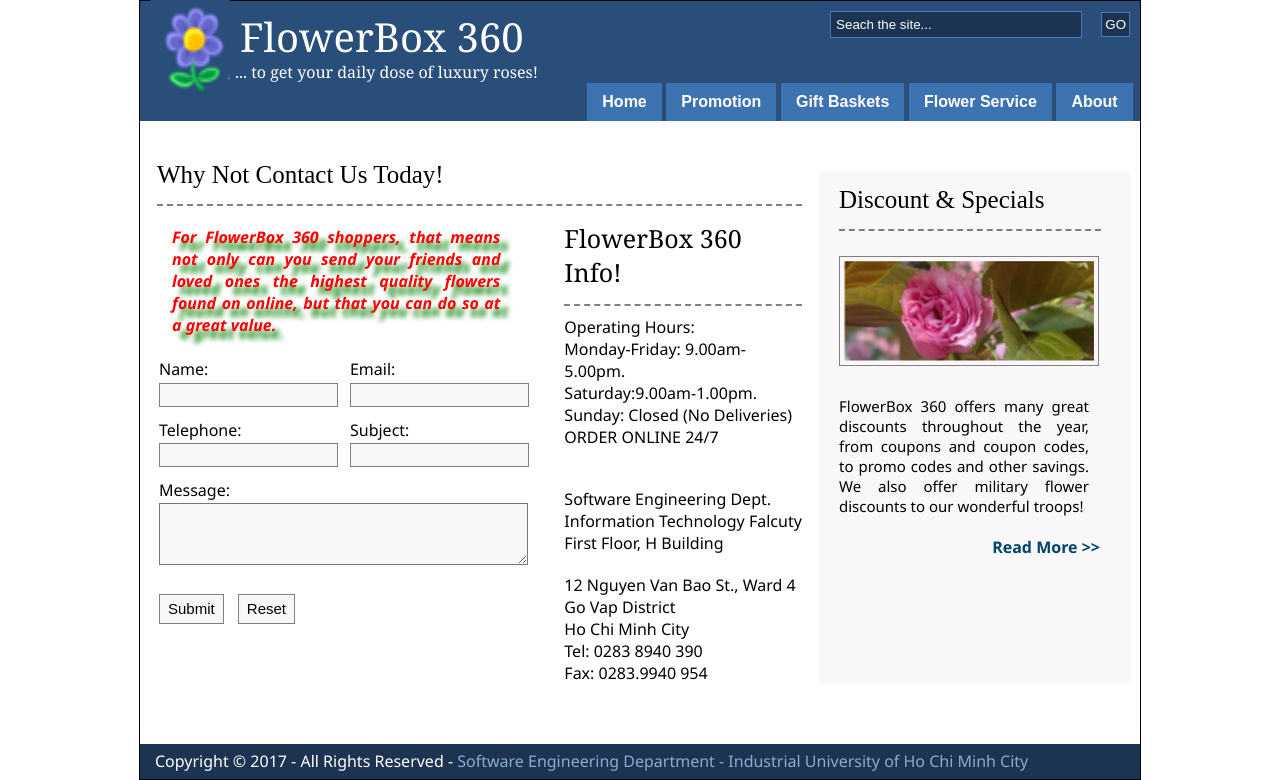
Repository: thu1365/BTKT_WEB
Page: HTML/btkt.html
An editor plug-in stored every save of this project. The page is shown before and after the next save, followed by the edit.
The browser window is 1280 px wide. The pictures show the whole page.

Above is the page before, as saved 2023-03-11 21:48:17.

### HTML/btkt.html
<!DOCTYPE html>
<html lang="en">

<head>
    <meta charset="UTF-8">
    <meta http-equiv="X-UA-Compatible" content="IE=edge">
    <meta name="viewport" content="width=device-width, initial-scale=1.0">
    <title>21025781-Lê Minh Thư</title>
    <style>
        * {
            padding: 0;
            margin: 0 auto;
        }

        .wrapper {
            width: 1000px;
            background-color: #fff;
            border: 1px solid black;
        }

        header {
            position: relative;
            width: 1000px;
            height: 120px;
            background-color: #294e79;
            font-family: Georgia, 'Times New Roman', Times, serif;
        }

        .logo {
            position: relative;
            left: 10px;
            bottom: 15px;
            width: 80px;
            height: 130px;
        }

        .name1 {
            font-size: 40px;
            color: #fff;
            position: absolute;
            left: 100px;
            top: 8px;
        }

        .name2 {
            color: #fff;
            position: absolute;
            left: 95px;
            top: 60px;
        }

        #search1 {
            background-color: #1c3451;
            border: 1px solid #4579b7;
            color: #fff;
            margin-right: 15px;
            width: 250px;
            height: 25px;
        }

        #search1::placeholder {
            padding-left: 5px;
            color: #fff;
        }

        #search2 {
            background-color: #1c3451;
            border: 1px solid #4579b7;
            color: #fff;
            height: 25px;
            padding: 0 3px;
        }

        .search_form {
            position: absolute;
            top: 10px;
            right: 10px;
        }

        .nav {
            display: flex;
            width: 550px;
            position: absolute;
            bottom: 0px;
            right: 5px;
            font-family: Arial, Helvetica, sans-serif;
        }

        .nav_item {
            position: relative;
            padding: 10px 15px;
            background-color: #3d73b1;
        }

        .nav_item:hover {
            background-color: #8babd0;
        }

        .nav_item a {
            color: white;
            font-weight: bold;
            text-decoration: none;
        }

        .nav1 {
            display: none;
            position: absolute;
            top: 39px;
            left: 0px;
            width: 180px;
            height: 60px;
            background-color: #8babd0;
        }

        .nav2 {
            box-sizing: border-box;
            padding-left: 15px;
            line-height: 30px;
            height: 50%;
            border: 1px solid rgb(158, 196, 240);
            color: white;
        }

        .nav_item:hover .nav1 {
            display: block;
            background-color: #9bbbe0;
        }

        .nav2:hover {
            background-color: #edf6ff;
            cursor: pointer;
        }

        .container {
            font-family: 'Segoe UI', Tahoma, Geneva, Verdana, sans-serif;
            padding-bottom: 60px;
            width: 100%;
            display: flex;
        }

        .Left {
            display: flex;
            width: 70%;
            justify-content: space-between;
            flex-wrap: wrap;
        }

        .p1 {
            width: 55%;
        }

        .p2 {
            width: 35%;
        }

        .p3 {
            background-color: #f9f7f7;
            width: 30%;
            padding-left: 20px;
            margin-top: 50px;
            margin-right: 10px;
        }

        .Left1 {
            font-family: 'Times New Roman', Times, serif;
            width: 95%;
            padding: 40px 0px 15px 0px;
            font-size: 25px;
            border-bottom: 2px dashed gray;
        }

        .p1_1 {
            padding: 20px 30px 20px 15px;
            text-align: justify;
            color: red;
            font-style: italic;
            font-family: 'Segoe UI', Tahoma, Geneva, Verdana, sans-serif;
            text-shadow: 8px 8px 5px green;
        }

        table input {
            height: 22px;
            margin-right: 10px;
            margin-bottom: 10px;
            background-color: #f7f7f7;
            border: 1px solid gray;
        }

        table textarea {
            background-color: #f7f7f7;
        }

        .p1_sub {
            box-sizing: border-box;
            margin-top: 20px;
            height: 30px;
            font-size: 15px;
            padding: 0 8px;
            line-height: 28px;
            border: 1px solid gray;
        }

        .p2_1 {
            font-family: Georgia, 'Times New Roman', Times, serif;
            padding: 15px 0px 15px;
            width: 100%;
            font-size: 25px;
            border-bottom: 2px dashed gray;
        }

        .p2_2 {
            font-family: 'Segoe UI', Tahoma, Geneva, Verdana, sans-serif;
            padding: 10px 0 40px 0;
        }

        .p2_3 {
            font-family: 'Segoe UI', Tahoma, Geneva, Verdana, sans-serif;
        }

        .p2_4 {
            font-family: 'Segoe UI', Tahoma, Geneva, Verdana, sans-serif;
            padding-top: 20px;
        }

        .p3_1 {
            font-family: 'Times New Roman', Times, serif;
            padding: 15px 0px 15px;
            width: 90%;
            margin-right: 30px;
            font-size: 25px;
            border-bottom: 2px dashed rgb(128, 124, 124);
        }

        .p3_anh {
            width: 250px;
            height: 100px;
            padding: 4px;
            margin: 25px 0px;
            border: 1px solid gray;
        }

        .p3_2 {
            width: 250px;
            margin-right: 40px;
            float: left;
            text-align: justify;
            font-family: 'Segoe UI', Tahoma, Geneva, Verdana, sans-serif;
            font-size: 15px;
            display: block;
        }

        .p3_3 {
            color: #00436d;
            font-weight: bold;
            margin-right: 30px;
            float: right;
            padding-top: 20px;
            text-decoration: none;
        }

        footer {
            background-color: #1c3451;
            height: 35px;
        }

        .footer_1 {
            font-family: 'Segoe UI', Tahoma, Geneva, Verdana, sans-serif;
            padding-left: 15px;
            color: #8babd0;
            line-height: 35px;
        }

        .white {
            color: #fff;
        }
    </style>
</head>

<body>
    <div class="wrapper">
        <header>
            <img src="/IMAGE/AnhLogo.PNG" alt="" class="logo">
            <p class="name1">FlowerBox 360</p>
            <p class="name2">... to get your daily dose of luxury roses!</p>
            <form action="" class="search_form">
                <input type="text" name="" id="search1" placeholder="Seach the site...">
                <input id="search2" type="button" value="GO">
            </form>
            <div class="nav">
                <div class="nav_item"><a href="">Home</a></div>
                <div class="nav_item"><a href="">Promotion</a></div>
                <div class="nav_item"><a href="">Gift Baskets</a></div>
                <div class="nav_item"><a href="">Flower Service</a>
                    <div class="nav1">
                        <div class="nav2"><b>Flower for Wedding</b></div>
                        <div class="nav2"><b>Flower for Conference</b></div>

                    </div>
                </div>
                <div class="nav_item"><a href="">About</a></div>
            </div>
        </header>
        <div class="container">
            <div class="Left">
                <p class="Left1">Why Not Contact Us Today!</p>
                <div class="p1">
                    <p class="p1_1"><b>For FlowerBox 360 shoppers, that means not only can you send your friends and loved ones the highest quality flowers found on online, but that you can do so at a great value.</b></p>
                    <form action="" class="c1_form">
                        <table>
                            <tr>
                                <td><label for="name_ip">Name:</label></td>
                                <td><label for="mail_ip">Email:</label></td>
                            </tr>
                            <tr>
                                <td><input type="text" name="" id="name_ip"></td>
                                <td><input type="email" name="" id="mail_ip"></td>
                            </tr>
                            <tr>
                                <td><label for="tel_ip">Telephone:</label></td>
                                <td><label for="sub_ip">Subject:</label></td>
                            </tr>
                            <tr>
                                <td><input type="tel" name="" id="tel_ip"></td>
                                <td><input type="text" name="" id="sub_ip"></td>
                            </tr>
                            <tr>
                                <td colspan="2"><label for="mess_ip">Message:</label></td>
                            </tr>
                            <tr>
                                <td colspan="2"> <textarea name="" id="mess_ip" cols="44" rows="4"></textarea></td>
                            </tr>
                            <tr>
                                <tr>
                                    <td><input class="p1_sub" type="button" value="Submit"> <input class="p1_sub" type="button" value="Reset"></td>
                                </tr>
                            </tr>
                        </table>

                    </form>
                </div>
                <div class="p2">
                    <p class="p2_1">FlowerBox 360 Info!</p>
                    <p class="p2_2">Operating Hours: <br> Monday-Friday: 9.00am-5.00pm.<br> Saturday:9.00am-1.00pm.
                        <br> Sunday: Closed (No Deliveries)<br> ORDER ONLINE 24/7
                    </p>
                    <p class="p2_3">
                        Software Engineering Dept. <br> Information Technology Falcuty<br> First Floor, H Building
                    </p>
                    <p class="p2_4">
                        12 Nguyen Van Bao St., Ward 4<br> Go Vap District<br> Ho Chi Minh City<br> Tel: 0283 8940 390<br> Fax: 0283.9940 954
                    </p>


                </div>
            </div>
            <div class="p3">
                <p class="p3_1">Discount & Specials</p>
                <img src="/IMAGE/Hoa.jpg" alt="" class="p3_anh">
                <p class="p3_2">FlowerBox 360 offers many great discounts throughout the year, from coupons and coupon codes, to promo codes and other savings. We also offer military flower discounts to our wonderful troops!</p>
                <a class="p3_3" href="">Read More >></a>
            </div>
        </div>
        <footer>
            <p class="footer_1"><span class="white">Copyright © 2017 - All Rights Reserved -</span> Software Engineering Department - Industrial University of Ho Chi Minh City</p>
        </footer>
    </div>
</body>

</html>

After the next save:
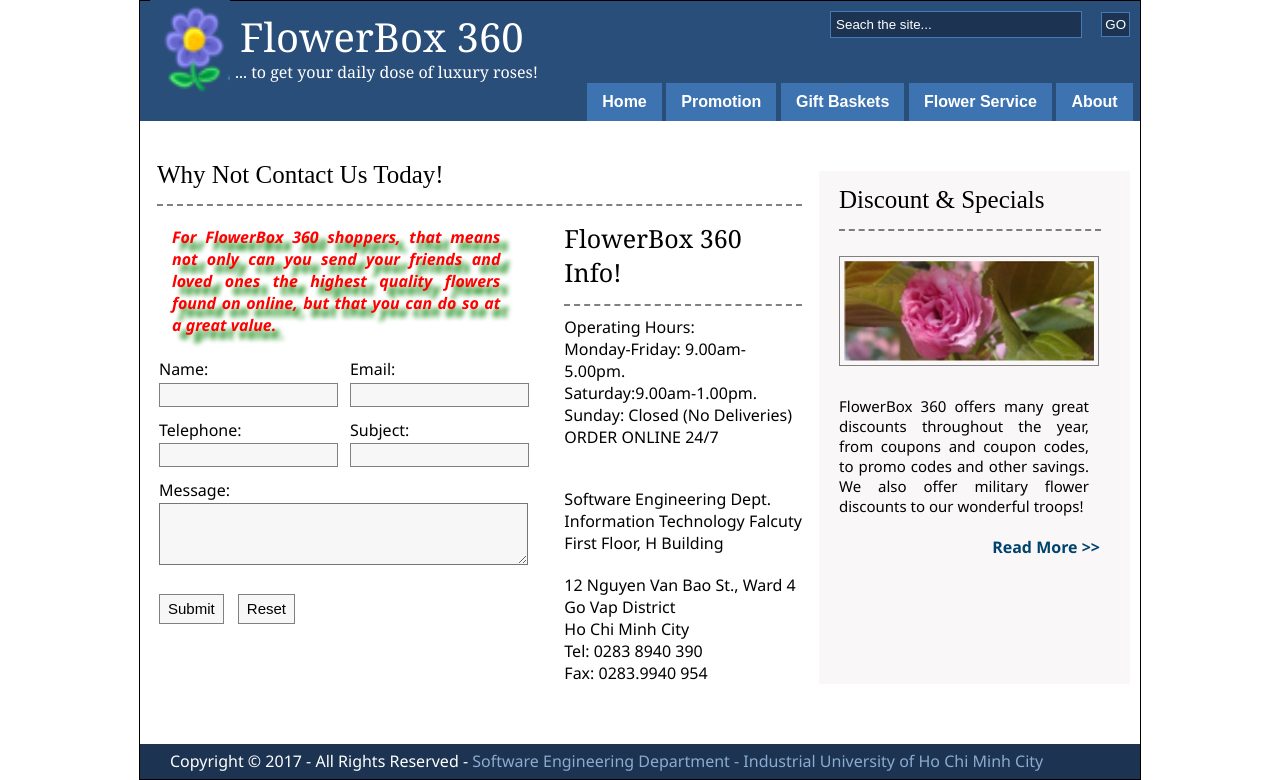
Saved 23 s later.
--- a/HTML/btkt.html
+++ b/HTML/btkt.html
@@ -271,6 +271,10 @@
         }
 
         .white {
+            font-family: 'Segoe UI', Tahoma, Geneva, Verdana, sans-serif;
+            padding-left: 15px;
+            color: #8babd0;
+            line-height: 35px;
             color: #fff;
         }
     </style>

After the save that followed:
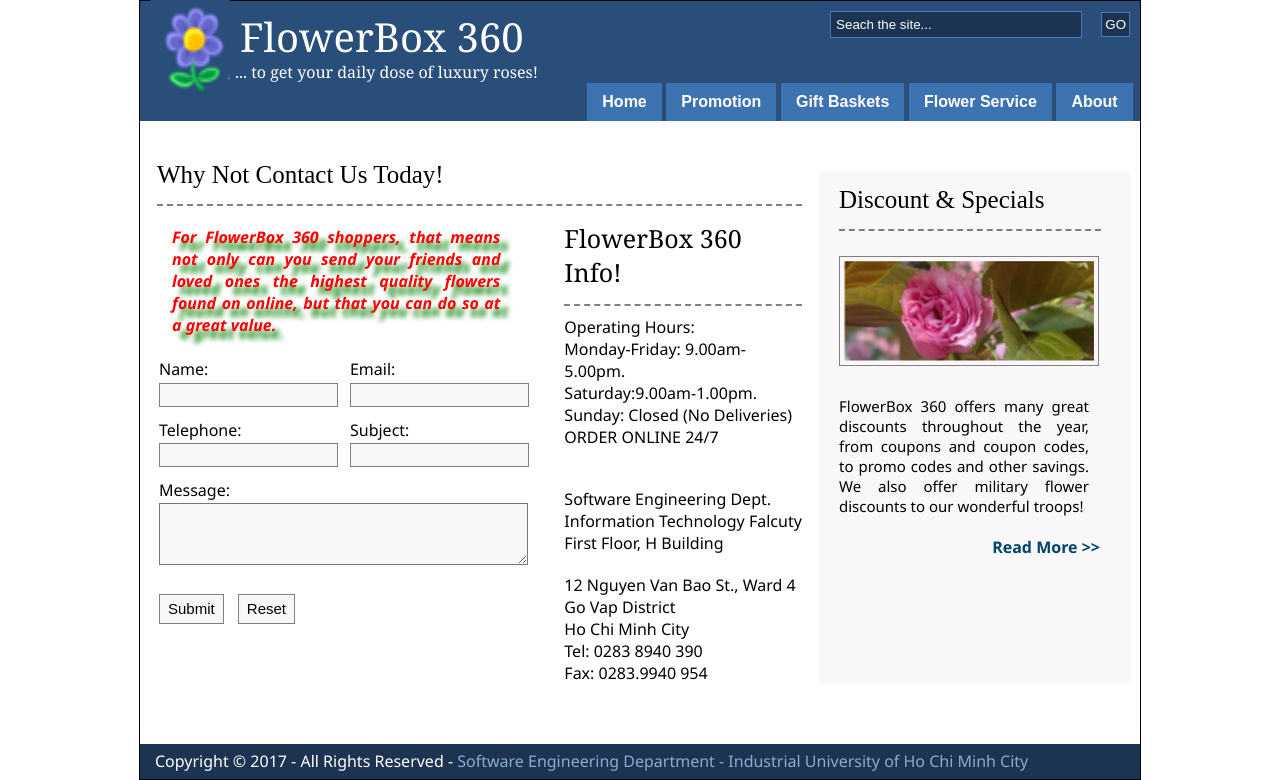
Saved 11 s later.
--- a/HTML/btkt.html
+++ b/HTML/btkt.html
@@ -272,7 +272,6 @@
 
         .white {
             font-family: 'Segoe UI', Tahoma, Geneva, Verdana, sans-serif;
-            padding-left: 15px;
             color: #8babd0;
             line-height: 35px;
             color: #fff;
